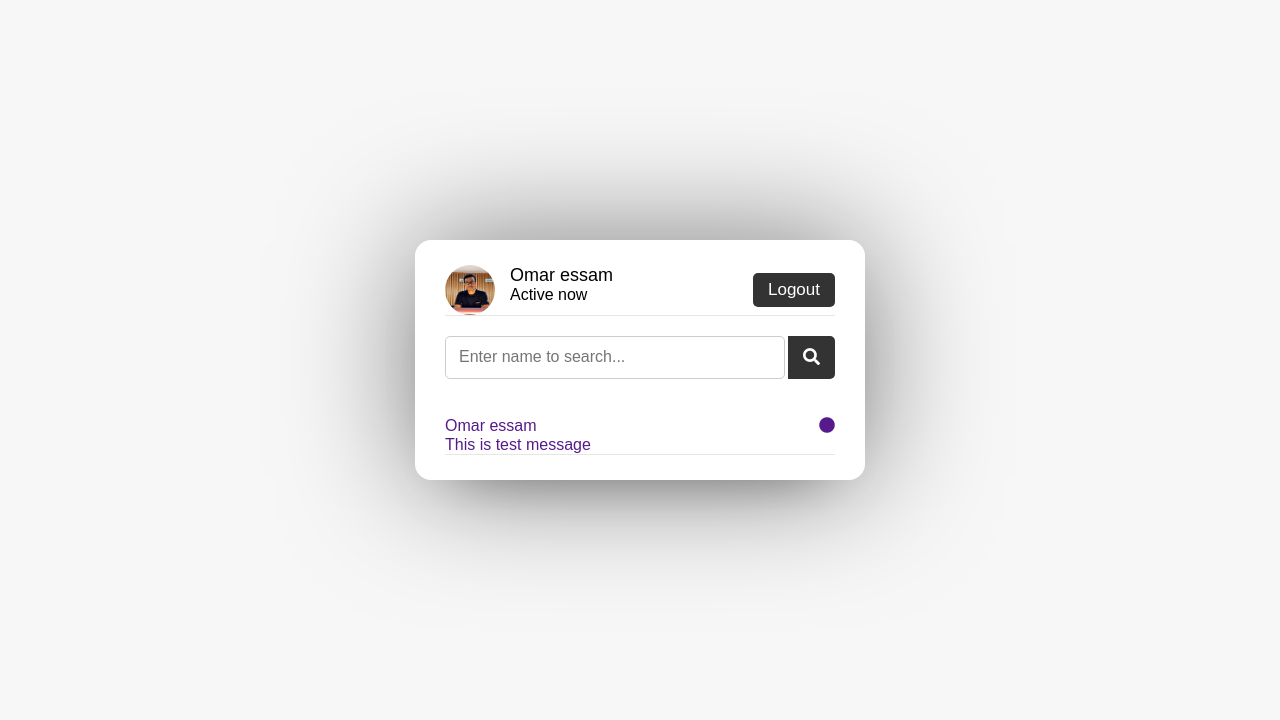
Repository: OmarEssameldinMousa/Chat-Application
Page: users.html
These files come from the project's save history. The page is drawn as it stood at one moment and after the next save; the edit follows.
The browser window is 1280 px wide. The pictures show the whole page.

Above is the page before, as saved 2023-09-22 15:11:51.

After the next save:
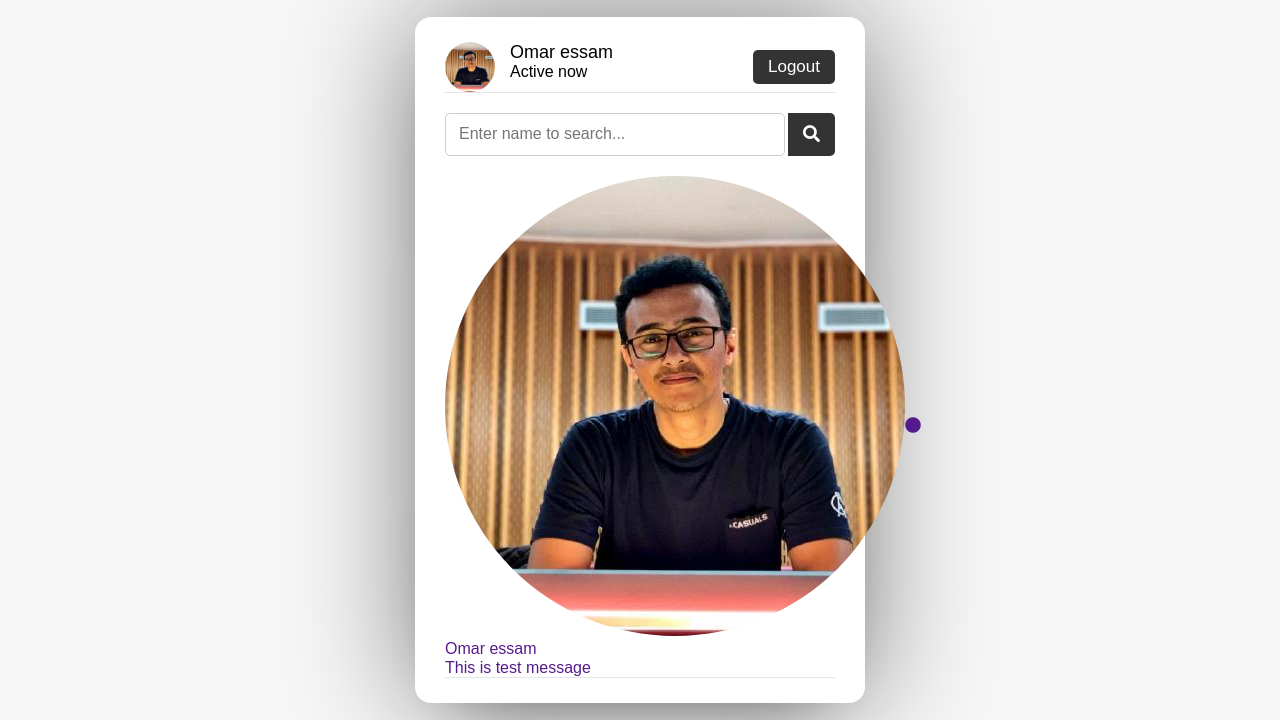
Saved 23 s later.
--- a/users.html
+++ b/users.html
@@ -31,7 +31,7 @@
             <div class="users-list">
                 <a href="">
                     <div class="content">
-                        <img src="" alt="">
+                        <img src="images/124374760.jpg" alt="">
                         <div class="details">
                             <span>Omar essam</span>
                             <p>This is test message</p>
